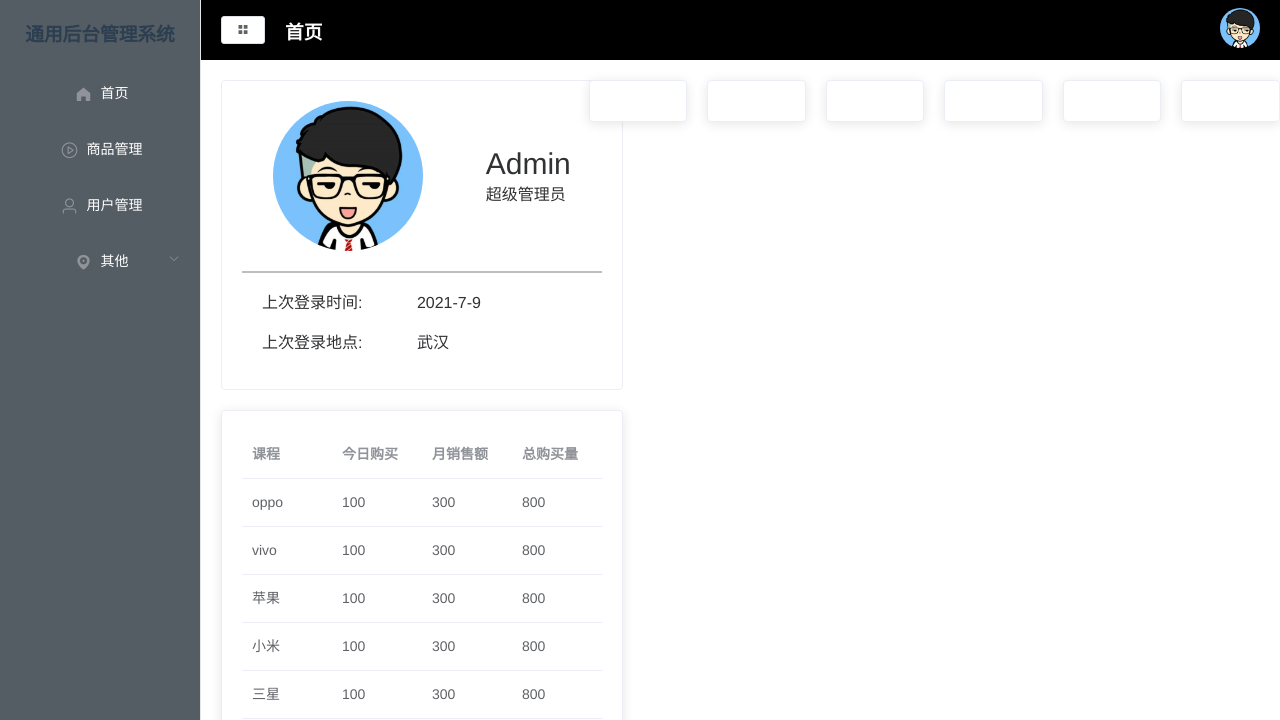
Repository: 385841539/VueStudy
Page: / (app in vue_cli/)
The author's editor kept a copy of each file at every save. The page is drawn from the files as they stood at one save, then again after the next save.
The browser window is 1280 px wide. The pictures show the whole page.
An inner scrolling area shows only its first screen. The project was rebuilt for these pictures with package versions that can differ from the ones it lists, and the page was loaded fresh each time. Also part of the build but not shown: vue_cli/vue.config.js.

Above is the page before, as saved 2022-01-13 14:31:22.

After the next save:
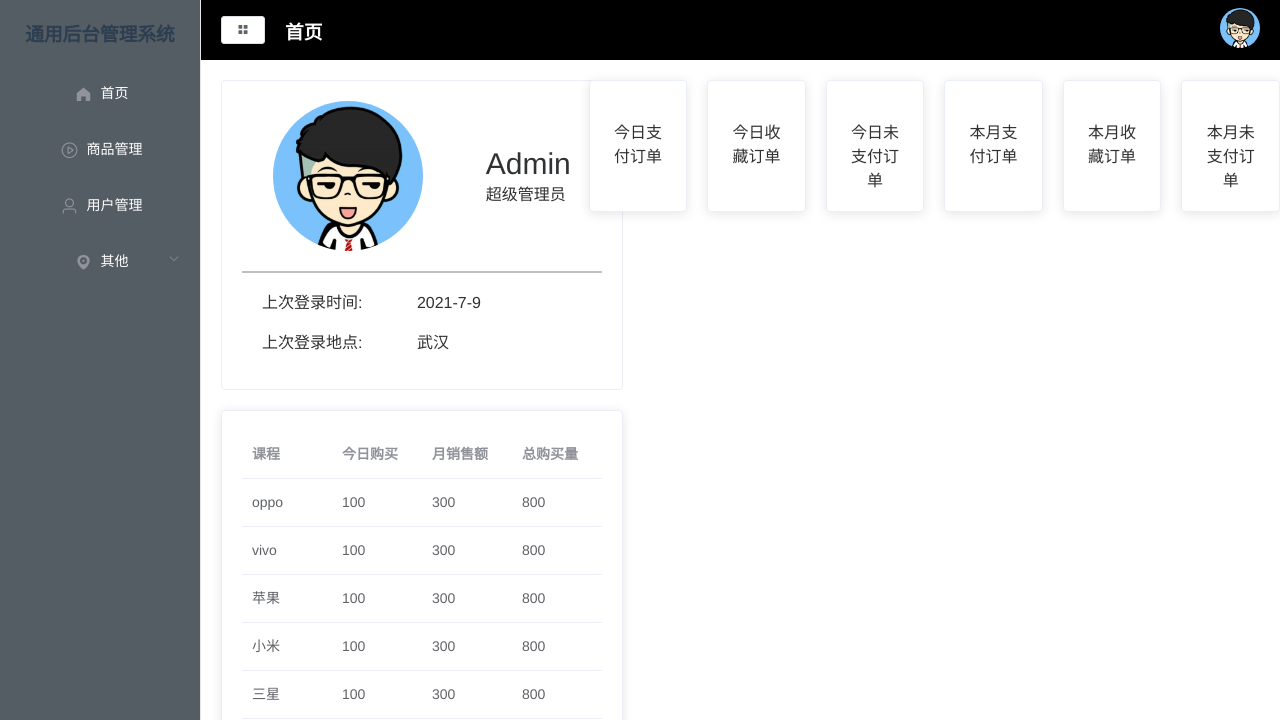
Saved 25 s later.
--- a/vue_cli/src/views/Home/Home.vue
+++ b/vue_cli/src/views/Home/Home.vue
@@ -35,14 +35,14 @@
       <el-col :span="16" style="margin-top: 20px">
         <div class="num">
           <el-card shandow="hover" v-for="item in countData" :key="item.name">
-            <!-- <i
+            <i
               class="icon"
               :class="'el-icon-${item.icon}'"
               :style="{ background: item.color }"
-            ></i> -->
-            <!-- <div>
+            ></i>
+            <div>
               {{ item.name }}
-            </div> -->
+            </div>
           </el-card>
         </div>
       </el-col>
